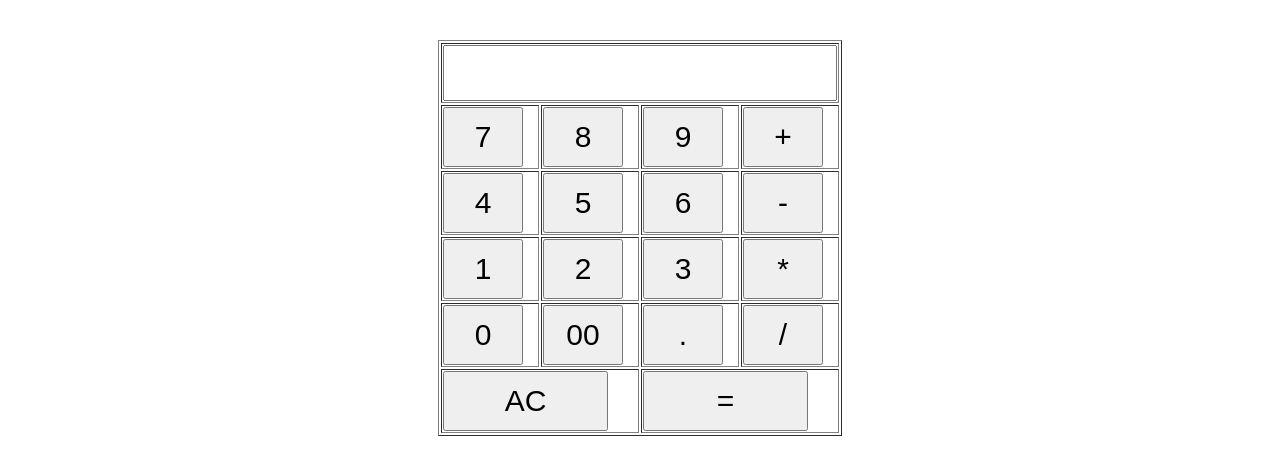
Repository: kurihara119/-
Page: index.html
The author's editor kept a record of every edit. The page is drawn from the files as they stood at one moment, then again after the next edit.
The browser window is 1280 px wide. The pictures show the whole page.
Some web libraries are served in a nearby version.

Above is the page before.

### index.html
<!DOCTYPE html>
<html lang="ja">
<html>
  <head>
    <meta charset="utf-8">	<!--文字化け対策-->
    <title>電卓</title>  <!--サイトの—タイトル-->
    <link rel="stylesheet" href="main.css">	<!--cssを読み込むコード-->
    <script src="https://code.jquery.com/jquery-3.2.1.js" integrity="sha256-DZAnKJ/6XZ9si04Hgrsxu/8s717jcIzLy3oi35EouyE=" crossorigin="anonymous"></script>	<!--jQueryを読み込むコード-->
  </head>
  <body>
    <table border="1">
      <tr>
        <td colspan="4">
          <input readonly type="text" name="" id="result">
        </td>
      </tr>
      <tr>
        <td><button onclick="numClick(this)">7</button></td>
        <td><button onclick="numClick(this)">8</button></td>
        <td><button onclick="numClick(this)">9</button></td>
        <td><button onclick="operatorClick(this)">+</button></td>
      </tr>
      <tr>
        <td><button onclick="numClick(this)">4</button></td>
        <td><button onclick="numClick(this)">5</button></td>
        <td><button onclick="numClick(this)">6</button></td>
        <td><button onclick="operatorClick(this)">-</button></td>
      </tr>
      <tr>
        <td><button onclick="numClick(this)">1</button></td>
        <td><button onclick="numClick(this)">2</button></td>
        <td><button onclick="numClick(this)">3</button></td>
        <td><button onclick="operatorClick(this)">*</button></td>
      </tr>
      <tr>
        <td><button onclick="numClick(this)">0</button></td>
        <td><button onclick="numClick(this)">00</button></td>
        <td><button onclick="numClick(this)">.</button></td>
        <td><button onclick="operatorClick(this)">/</button></td>
      </tr>
      <tr>
        <td colspan="2"><button onclick="clearClick(this)" class="clear-button">AC</button></td>
        <td colspan="2"><button onclick="operatorClick(this)" class="total-button">=</button></td>
      </tr>
    </table>

    <script type="text/javascript" src="main.js" charset="utf-8"></script>	<!--javaScriptを読み込むコード-->

  </body>
</html>

### main.css
body {
  margin-top: 40px;
}

table {
  margin:auto;
  table-layout: fixed;
}



#result {
  font-size: 30px;
  height: 50px;
}

button {
  width: 80px;
  height: 60px;
  font-size: 30px;
}

.clear-button{
  width: 165px;
}
.total-button{
  width: 165px;
}

### main.js
//id="resut"の要素を取得
let result = document.getElementById("result");
//1回前に入力したものを判別 0:数字 1:演算子
let myFlg;

//数字を押した時
function numClick(terget){
  //数字を入力したので0
  myFlg = 0;
  //変数numberに押下した数字を入れる
  let number = terget.innerHTML;
  //先頭の0を消す処理
  //表示値が0の場合
  if (result.innerHTML == "0") {
    result.innerHTML = number;
  //表示値が0以外場合
  }else {
    result.innerHTML += number;
  }
}

//演算子を押した時
function operatorClick(terget){
  let operator = terget.innerHTML;
  //myFlgが数字かつ演算子が=以外の場合
  if (myFlg == 0 && operator != "="){
    //演算子を押したので1
    myFlg = 1;
    //演算子を表示
    result.innerHTML += operator;
  //myFlgが数字かつ演算子が=の場合
　}else if (myFlg == 0) {
    //演算子を押したが数字が残るので0。=の後もそのまま計算できる
    myFlg = 0;
    //表示されている計算式を処理したものを表示
    result.innerHTML = eval(result.innerHTML);
  }
  //myFlgが演算子の場合
}

//ACを押した時
function clearClick(terget){
  //0を表示
  result.innerHTML = 0;
}

After the next edit:
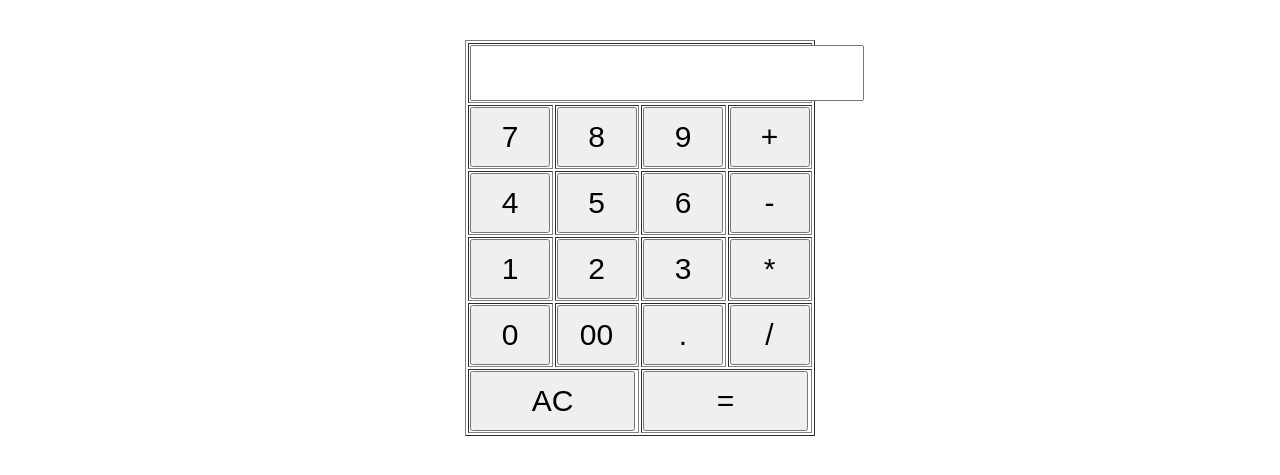
The edit:
--- a/main.css
+++ b/main.css
@@ -5,6 +5,7 @@
 table {
   margin:auto;
   table-layout: fixed;
+  width: 350px;
 }
 
 
